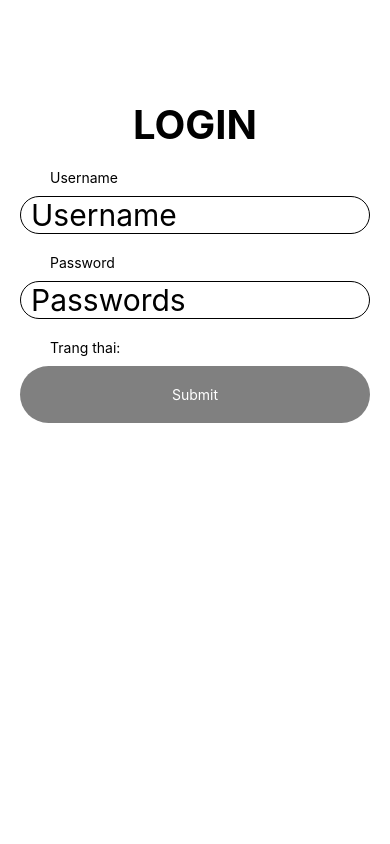
Repository: vietnguyenhoangw/ReactNative-FirstApplication
Screen: /
An editor plug-in stored every save of this project. The screen is shown before and after a run of saves, followed by the edit.
The app was drawn by React Native's web renderer in a window 390 px wide. The project was rebuilt for these pictures with package versions that can differ from the ones it lists, and the page was loaded fresh each time.

Above is the screen before, as saved 2019-12-11 09:43:19.

After the next 2 saves:
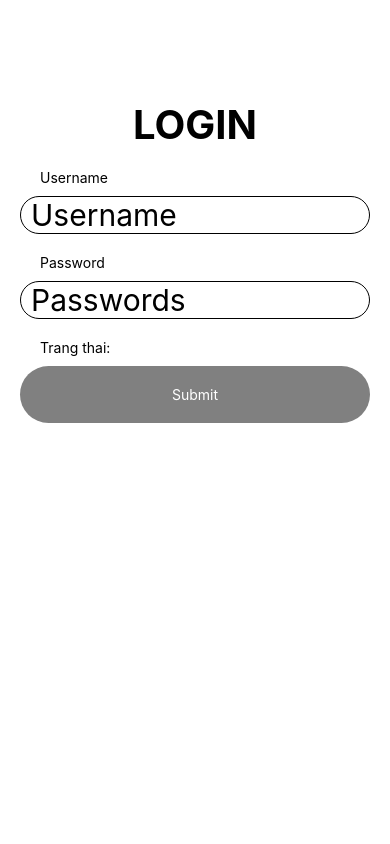
The 2 saves are shown as one change because they came seconds apart.
The last was saved 13 s later.
--- a/App.js
+++ b/App.js
@@ -105,7 +105,7 @@ const styles = StyleSheet.create({
     fontSize: 40
   },
   textUser: {
-    marginLeft: 50,
+    marginLeft: 40,
     marginRight: 20,
     marginBottom: 10,
   },
